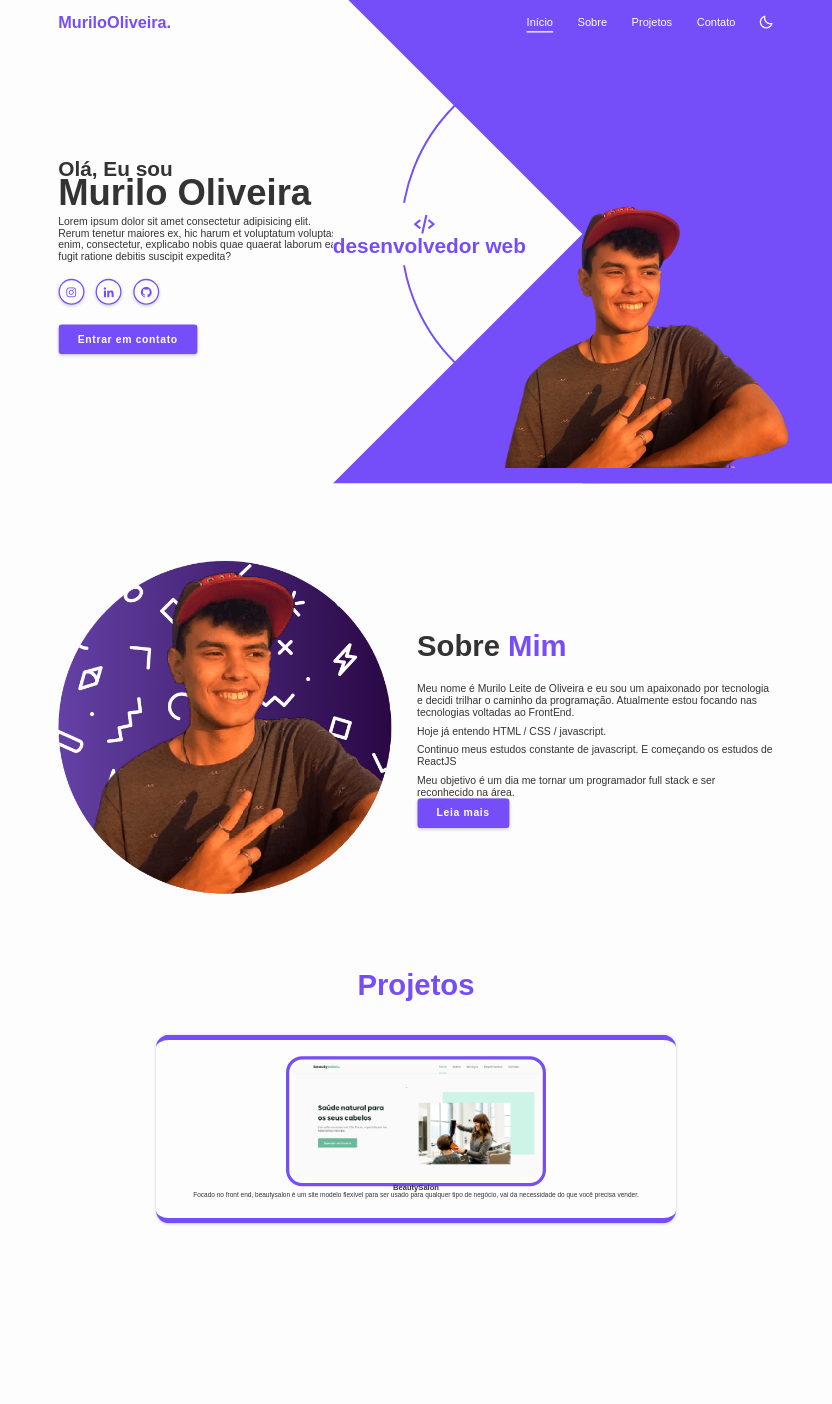
Repository: devMuriloOliveira/Portfolio-
Page: index.html
An editor plug-in stored every save of this project. The page is shown before and after the next save, followed by the edit.
The browser window is 1280 px wide. The pictures show the whole page, at 65% of full size.
Some web fonts or font styles are not loaded; a fallback is used.

Above is the page before, as saved 2023-03-12 17:42:07.

After the next save:
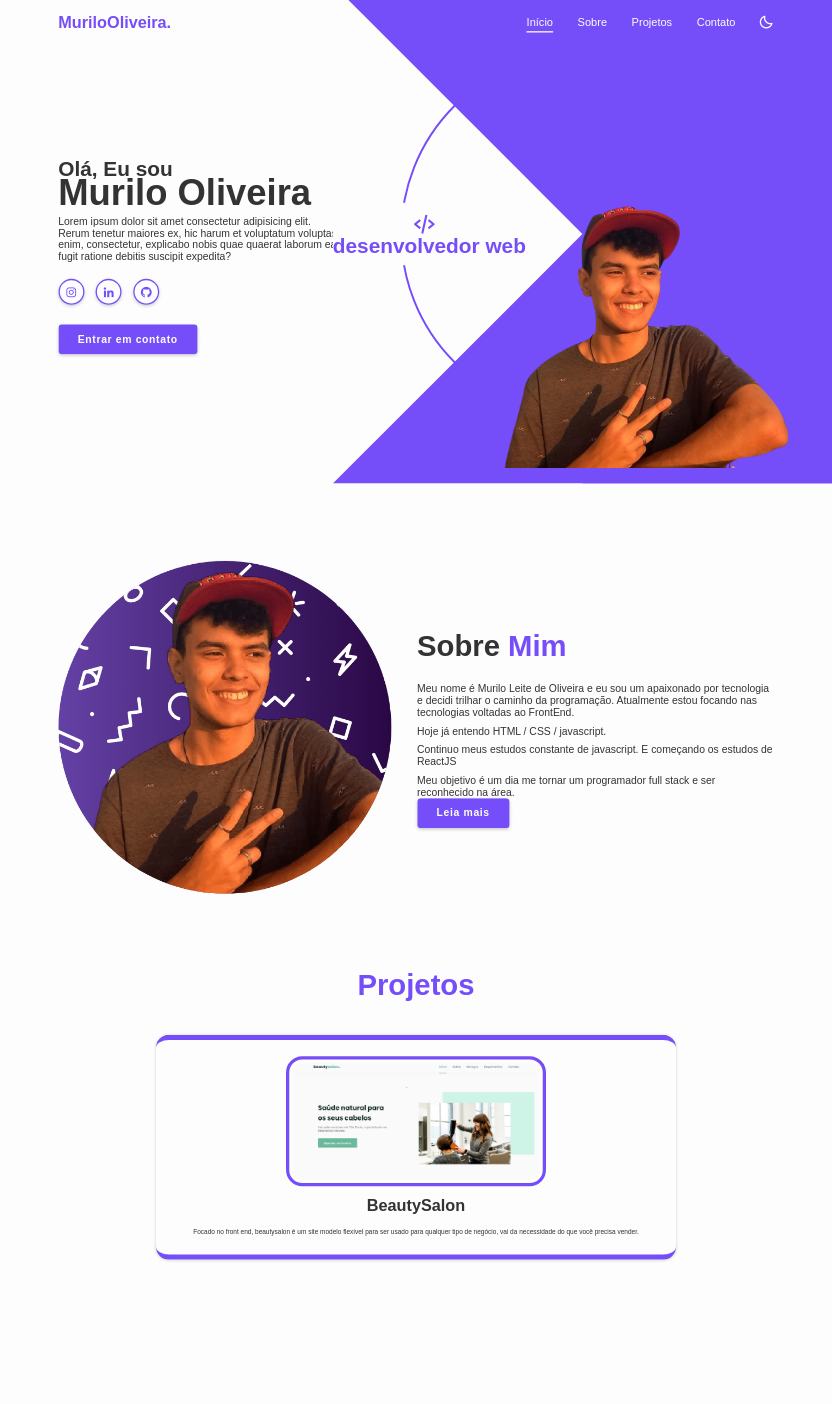
Saved 31 s later.
--- a/style.css
+++ b/style.css
@@ -323,5 +323,6 @@ span{
 }
 
 .projetos-slide h3{
-
-}
+  font-size: 2.5rem;
+  margin: 2rem 0;
+}
